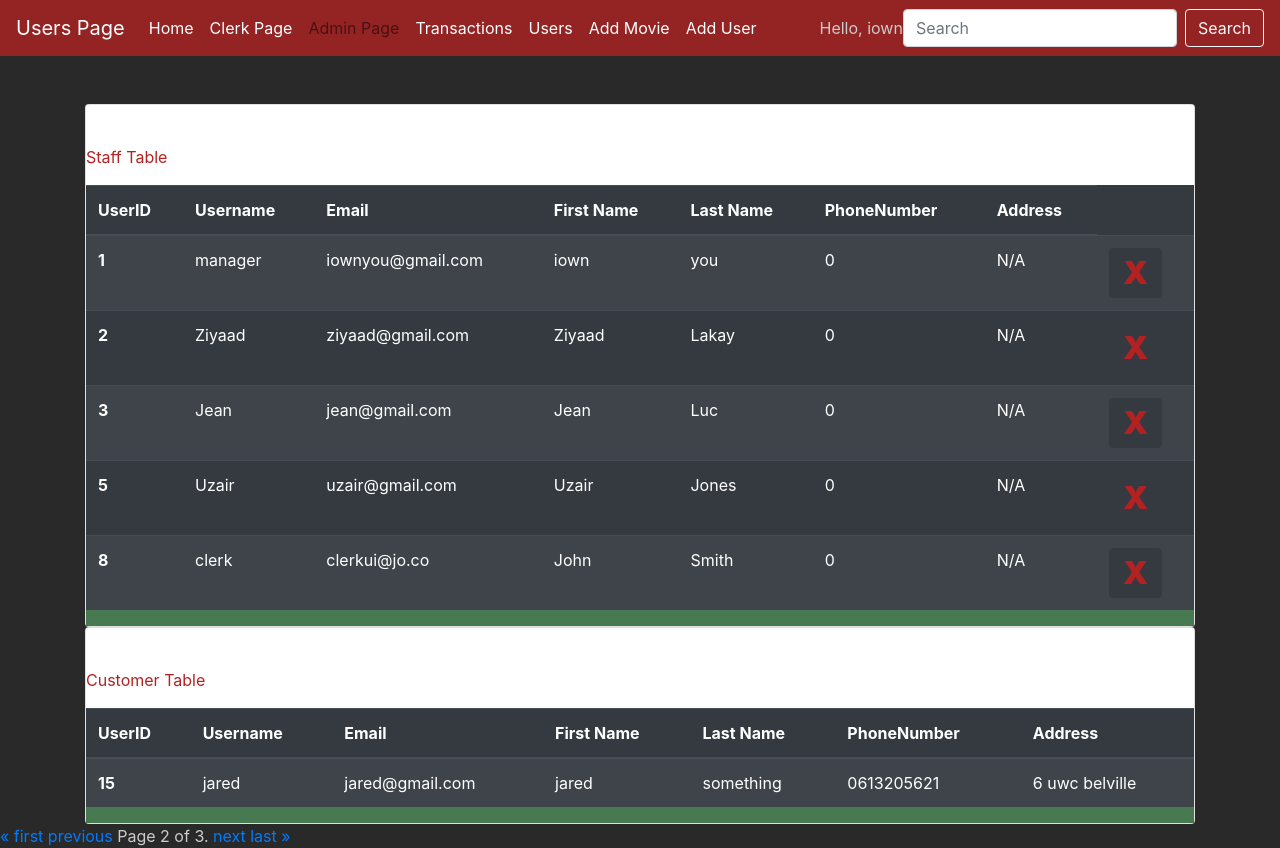
Repository: jeanluciradukunda/csc312.group.project
Page: http://localhost/userstbl/?page=2
An editor plug-in stored every save of this project. The page is shown before and after the next save, followed by the edit.
The browser window is 1280 px wide. The pictures show the whole page.
The page is served by the project's application, run on Django 2.2 (dvdstore/manage.py). The first stored user is signed in. The page reads the database file committed with the project.

Above is the page before, as saved 2019-09-14 17:10:19.

After the next save:
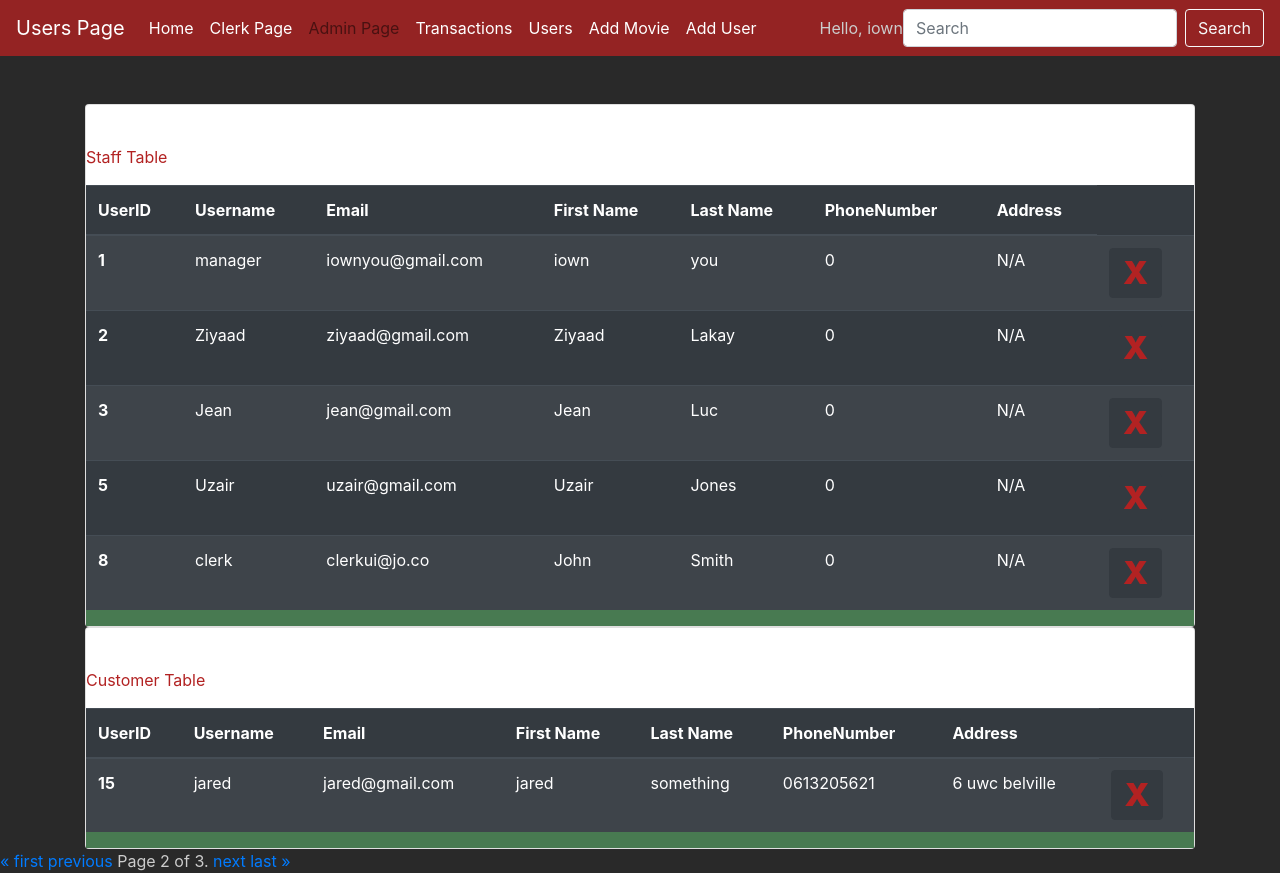
Saved 114 s later.
--- a/dvdstore/templates/userstbl.html
+++ b/dvdstore/templates/userstbl.html
@@ -156,6 +156,16 @@
                                   <td>{{use.last_name}}</td>
                                   <td>{{use.phone_number}}</td>
                                   <td>{{use.address}}</td>
+                                  {% if user.is_superuser %}
+
+                                      <td>
+                                          <form  method="post" action="deleteUser">
+                                              {% csrf_token %}
+                                            <input type="hidden" name="userID" value="{{use.id}}"></input>
+                                            <button type="submit" class="btn btn-dark badge" style="color:firebrick; font-size:2rem"><strong>X</strong></button>
+                                          </form>
+                                        </td>
+                                      {%endif%}
 
                                 </tr>
                               {%endfor%}
